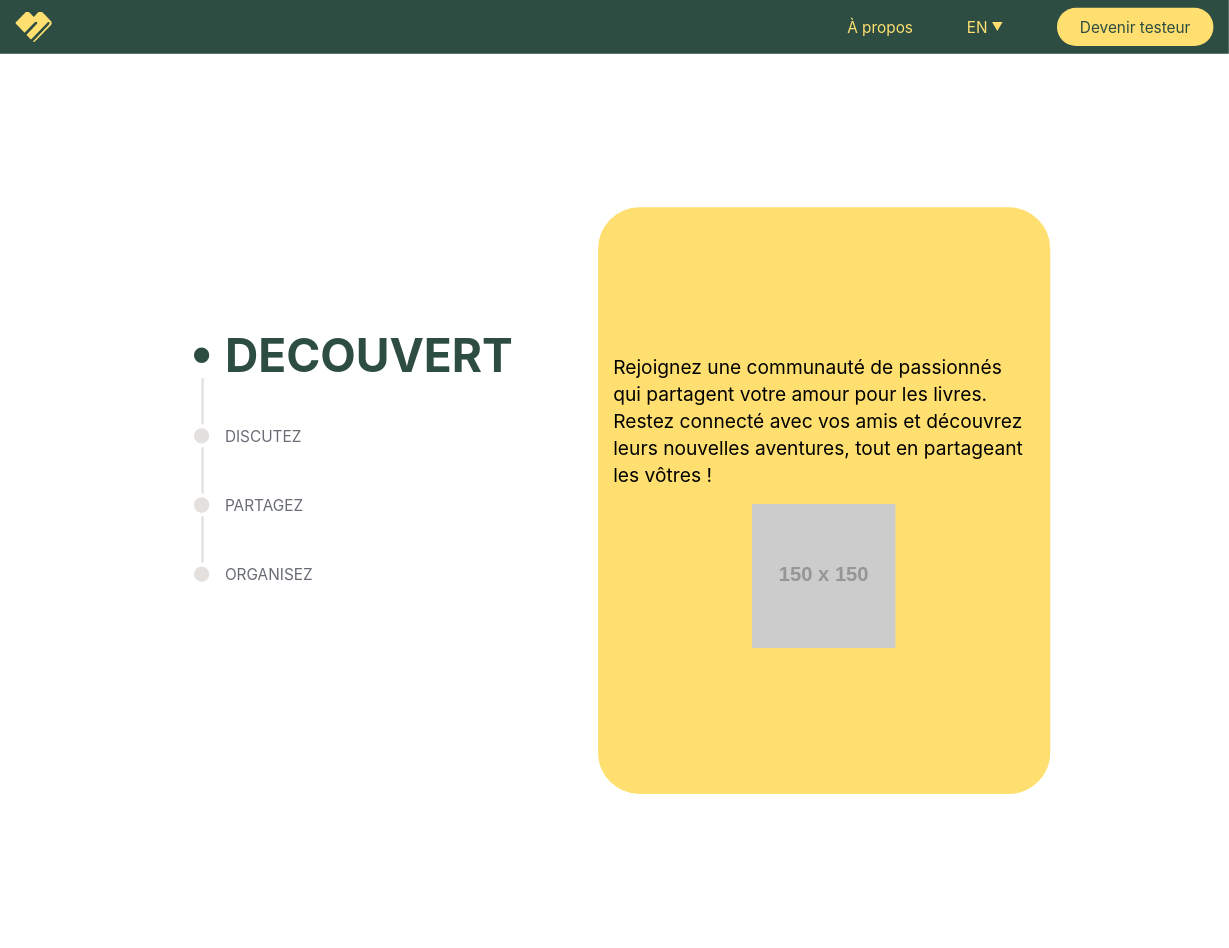
Repository: enas-elm/bookish-landing
Page: /
An editor plug-in stored every save of this project. The page is shown before and after the next save, followed by the edit.
The browser window is 1280 px wide. The pictures show the whole page, at 96% of full size.
The project was rebuilt for these pictures with package versions that can differ from the ones it lists, and the page was loaded fresh each time.

Above is the page before, as saved 2024-09-12 10:33:31.

### src/index.css
@tailwind base;
@tailwind components;
@tailwind utilities;

body {
  margin: 0;
  font-family: -apple-system, BlinkMacSystemFont, 'Segoe UI', 'Roboto', 'Oxygen',
    'Ubuntu', 'Cantarell', 'Fira Sans', 'Droid Sans', 'Helvetica Neue',
    sans-serif;
  -webkit-font-smoothing: antialiased;
  -moz-osx-font-smoothing: grayscale;
}

code {
  font-family: source-code-pro, Menlo, Monaco, Consolas, 'Courier New',
    monospace;
}

@layer base {
  @font-face {
      font-family: 'DM Sans Italic';
      src: url('../public/font/DMSans-VariableFont_opsz,wght.ttf') format('truetype');
      font-weight: 100 900;
       font-style: italic;
  }
  @font-face {
        font-family: "Passion One";
        src: url('../public/font/PassionOne-Regular.ttf') format('truetype');
        font-weight: normal;
        font-style: normal;
    }
    @font-face {
            font-family: "DM Display";
            src: url('../public/font/DMSerifDisplay-Regular.ttf') format('truetype');
            font-weight: normal;
            font-style: normal;
        }
    @font-face {
                font-family: "Inter";
                src: url('../public/font/Inter-VariableFont_opsz,wght.ttf') format('truetype');
                font-weight: 700;
            }
}

### src/App.js
import "./App.css";
import Navbar from "./components/Navbar";
import "./index.css";
import TimeLine from "./components/TimeLine";

function App() {
  return (
    <div className="App">
      <header className="header">
        <Navbar />
      </header>
      <TimeLine />
    </div>
  );
}

export default App;

### src/components/Navbar.js
import React, { useState, useRef, useEffect } from 'react'

const Navbar = () => {
  const [language, setLanguage] = useState('EN')
  const [dropdownOpen, setDropdownOpen] = useState(false)
  const dropdownRef = useRef(null)

  const toggleDropdown = () => {
    setDropdownOpen(!dropdownOpen)
  };

  const selectLanguage = (lang) => {
    setLanguage(lang)
    setDropdownOpen(false)
  };

  useEffect(() => {
    const handleClickOutside = (event) => {
      if (dropdownRef.current && !dropdownRef.current.contains(event.target)) {
        setDropdownOpen(false)
      }
    };
    document.addEventListener('mousedown', handleClickOutside)
    return () => {
      document.removeEventListener('mousedown', handleClickOutside)
    };
  }, [])

  return (
    <nav className="w-full bg-green px-4 py-2 flex justify-between items-center">
      <div className="flex-shrink-0">
        <img src="/Vector-jaune.svg" alt="Bookish" className="h-8" />
      </div>

      <div className="flex items-center gap-5 justify-end space-x-6">
        <a href="/about" className="hover:underline text-yellow">
          À propos
        </a>
        <div className="relative" ref={dropdownRef}>
          <button
            className="bg-transparent text-yellow px-3 py-1 focus:outline-none flex items-center gap-1"
            onClick={toggleDropdown}
          >
            {language} <span className="text-xs">▼</span>
          </button>

          {dropdownOpen && (
            <div className="absolute right-0 mt-2 py-2 w-32 bg-white text-black rounded-md shadow-lg z-10">
              <button
                className={`block w-full text-left px-4 py-2 hover:bg-gris ${language === 'EN' ? 'bg-gris' : ''}`}
                onClick={() => selectLanguage('EN')}
              >
                EN
              </button>
              <button
                className={`block w-full text-left px-4 py-2 hover:bg-gris ${language === 'FR' ? 'bg-gris' : ''}`}
                onClick={() => selectLanguage('FR')}
              >
                FR
              </button>
            </div>
          )}
        </div>

        <button className="bg-yellow text-green px-6 py-2 rounded-full hover:bg-yellow-500 hover:scale-105 hover:shadow-lg transition transform duration-300 ease-in-out">
          Devenir testeur
        </button>
      </div>
    </nav>
  )
}

export default Navbar

### src/components/TimeLine.js
import React, { useState } from "react";

const menuItems = [
  {
    id: 1,
    label: "DECOUVERT",
    description:
      "Rejoignez une communauté de passionnés qui partagent votre amour pour les livres. Restez connecté avec vos amis et découvrez leurs nouvelles aventures, tout en partageant les vôtres !",
    color: "#FEDF6F",
    imageUrl: "https://via.placeholder.com/150",
  },
  {
    id: 2,
    label: "DISCUTEZ",
    description:
      "Rejoignez des clubs ou partagez des messages avec d'autres fans de livres ou d'autres passionnés.",
    color: "#8EBDAF",
    imageUrl: "https://via.placeholder.com/150/4682B4",
  },
  {
    id: 3,
    label: "PARTAGEZ",
    description:
      "Partagez vos listes de lecture avec une communauté de lecteurs tout aussi curieux que vous. Donnez votre avis sur les livres qui vous ont marqué ou déçu, et inspirez les autres à découvrir de nouvelles histoires.",
    color: "#FEDF6F",
    imageUrl: "https://via.placeholder.com/150/32CD32",
  },
  {
    id: 4,
    label: "ORGANISEZ",
    description:
      "Organisez vos lectures en créant des listes personnalisées qui vous ressemblent. Rejoignez des clubs de lecture pour échanger et découvrir de nouveaux horizons littéraires avec d'autres passionnés.",
    color: "#55917E",
    imageUrl: "https://via.placeholder.com/150/FFD700",
  },
];

function TimelineMenu() {
  // Initialiser avec le premier élément (DECOUVERT)
  const [selectedItem, setSelectedItem] = useState(menuItems[0]);

  const handleClick = (item) => {
    setSelectedItem(item);
  };

  return (
    <div className="p-40 lg:flex lg:flex-row lg:justify-around lg:items-center">
      {/* Menu Items */}
      <div className="w-96 h-96 flex flex-col items-start p-4">
        {menuItems.map((item, index) => (
          <div key={item.id} className="flex flex-col items-start">
            {/* Timeline Item */}
            <div
              onClick={() => handleClick(item)}
              className={`flex items-center cursor-pointer transition-colors mb-4 ${
                selectedItem?.id === item.id ? "text-green " : "text-gray-700"
              }`}
            >
              <div
                className={`w-4 h-4 rounded-full border-2 mr-4 transition-colors ${
                  selectedItem?.id === item.id
                    ? "bg-green"
                    : "bg-gris border-gris"
                }`}
              ></div>
              <span
                className={`transition-transform duration-300 text-3xl ${
                  selectedItem?.id === item.id
                    ? "text-5xl font-bold "
                    : "text-base text-noirClair text-4xl"
                }`}
              >
                {item.label}
              </span>
            </div>
            {/* Vertical Line */}
            {index < menuItems.length - 1 && (
              <div
                className={`h-12 bg-gris -mt-4 border-gris border-l-2 ml-2 transition-colors ${
                  selectedItem?.id === item.id
                    ? "border-blue-500"
                    : "border-gray-400"
                }`}
              ></div>
            )}
          </div>
        ))}
      </div>

      {/* Details Section */}
      <div
        className="w-471 h-611 flex flex-col justify-center items-center p-4 rounded-[43px]"
        style={{
          backgroundColor: selectedItem ? selectedItem.color : "#ffffff",
        }}
      >
        {selectedItem ? (
          <>
            <p className="text-xl text-left">{selectedItem.description}</p>
            <img
              src={selectedItem.imageUrl}
              alt={selectedItem.label}
              className="mt-4"
            />
          </>
        ) : (
          <p>Bonjour</p>
        )}
      </div>
    </div>
  );
}

export default TimelineMenu;

### tailwind.config.js
/** @type {import('tailwindcss').Config} */
module.exports = {
  content: ["./src/**/*.{js,jsx,ts,tsx}"],
  theme: {
    colors: {
      green: "#2D4D43",
      greenlight: "#8EBDAF",
      white: "#FAFAFA",
      beige: "#D8CCB5",
      black: "#131313",
      gris: "#E4E0DE",
      "gris-foncé": "#1B1E28",
      yellow: "#FEDF6F",
      noirClair: "#686C74",
    },

    fontFamily: {
      "dm-sans-italic": ['"DM Sans Italic"', "sans-serif"],
      "passion-one": ["PassionOne-Regular"],
      "dm-display": ["DMSerifDisplay-Regular"],
      inter: ["Inter"],
    },
    extend: {
      width: {
        471: "471px",
      },
      height: {
        611: "611px",
      },
    },
  },
  plugins: [],
};

Loaded but not shown: public/index.html (common file); src/index.js (common file); src/reportWebVitals.js (common file); src/App.css (common file)

After the next save:
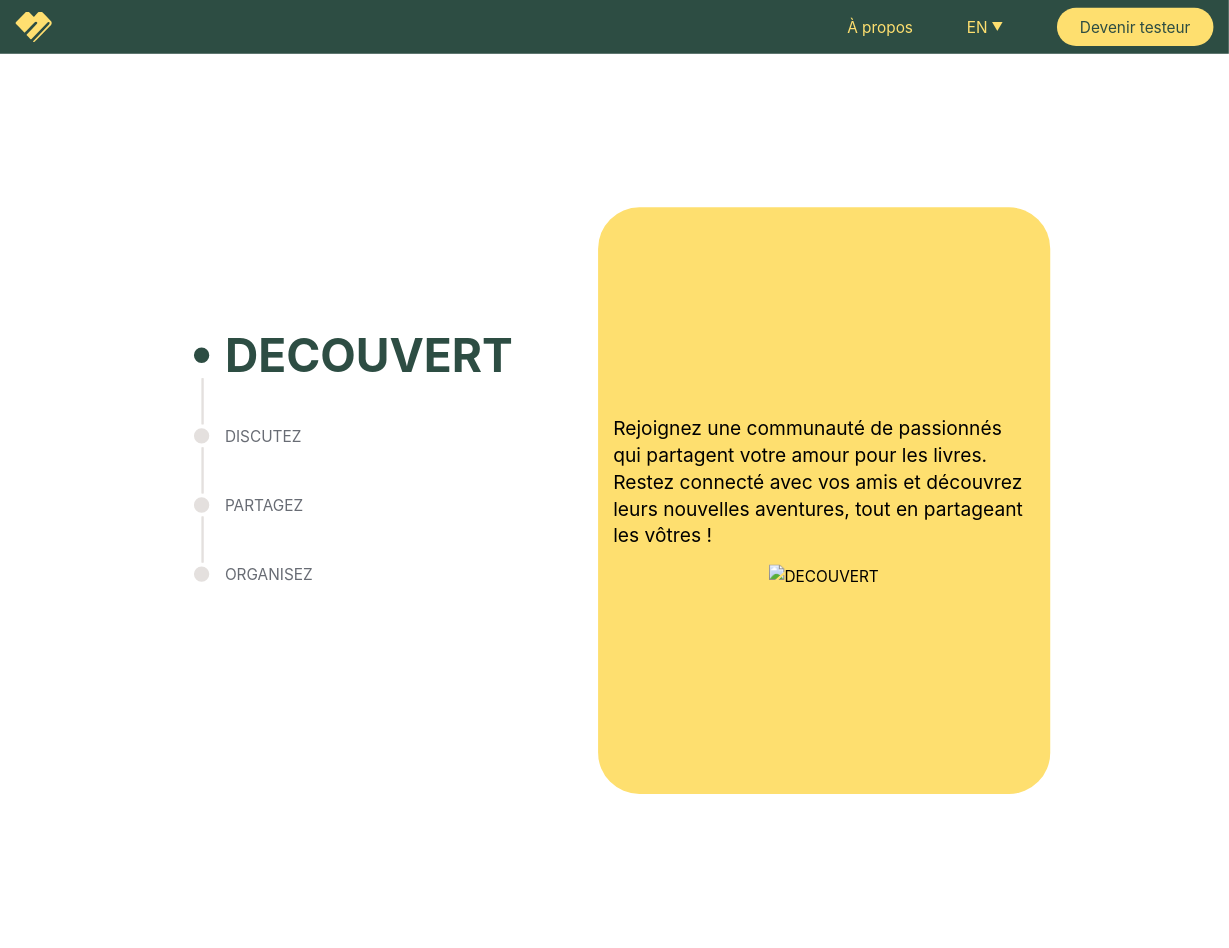
Saved 17 min 34 s later.
--- a/src/components/TimeLine.js
+++ b/src/components/TimeLine.js
@@ -7,7 +7,7 @@ const menuItems = [
     description:
       "Rejoignez une communauté de passionnés qui partagent votre amour pour les livres. Restez connecté avec vos amis et découvrez leurs nouvelles aventures, tout en partageant les vôtres !",
     color: "#FEDF6F",
-    imageUrl: "https://via.placeholder.com/150",
+    imageUrl: ".",
   },
   {
     id: 2,
